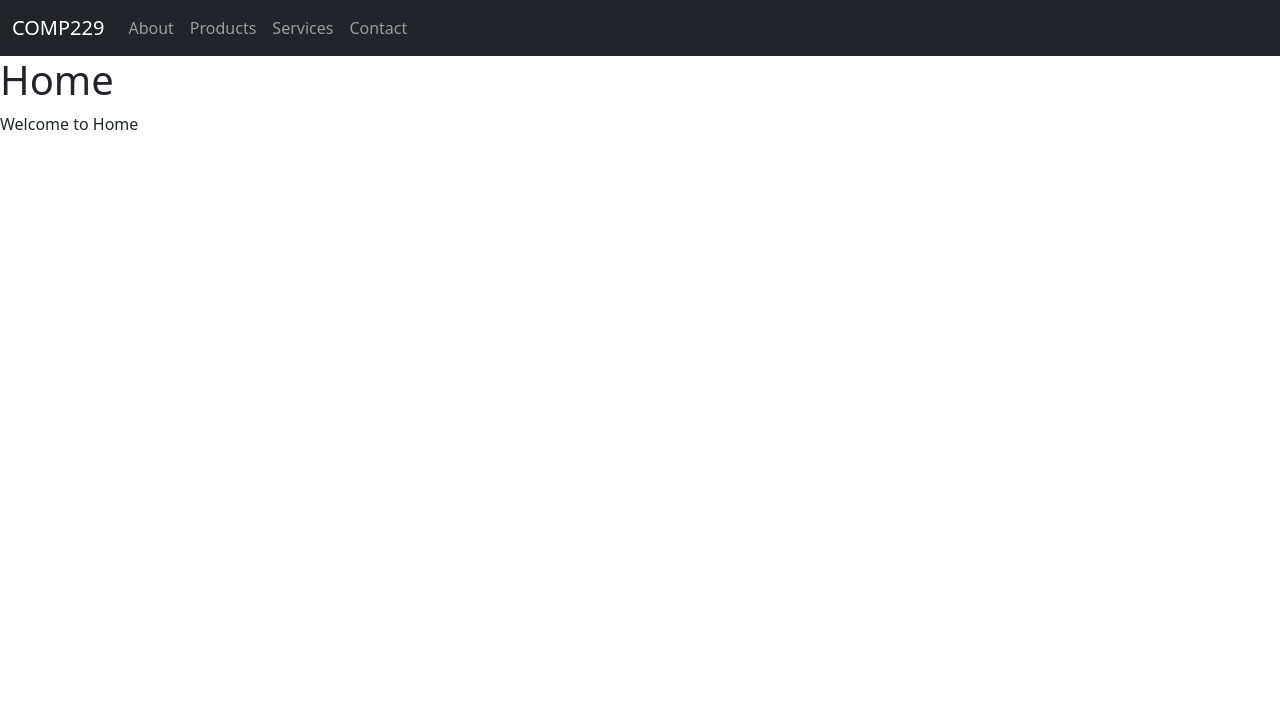
Repository: BlessingAjiboye/WEEK3DEP
Page: http://localhost/
These files come from the project's save history. The page is drawn as it stood at one moment and after the next save; the edit follows.
The browser window is 1280 px wide. The pictures show the whole page.
The page is served by the project's Node server (server.js).

Above is the page before, as saved 2022-09-21 12:26:18.

After the next save:
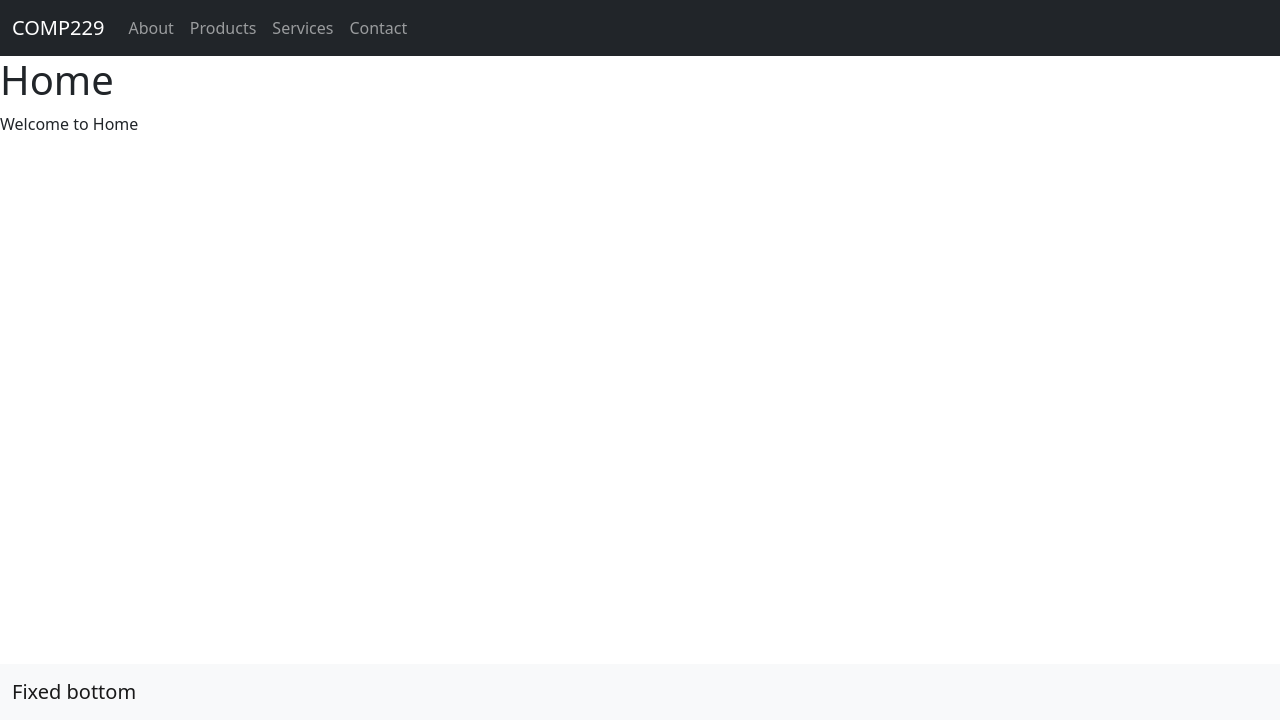
Saved 6 min 38 s later.
--- a/views/index.ejs
+++ b/views/index.ejs
@@ -57,7 +57,12 @@
     </div>
   </nav>
 
-    <footer></footer>
+    <footer><nav class="navbar fixed-bottom bg-light">
+      <div class="container-fluid">
+        <a class="navbar-brand" href="#">Fixed bottom</a>
+      </div>
+    </nav>
+  </footer>
   <h1><%= title %></h1>
   <p>Welcome to <%= title %></p>
 
